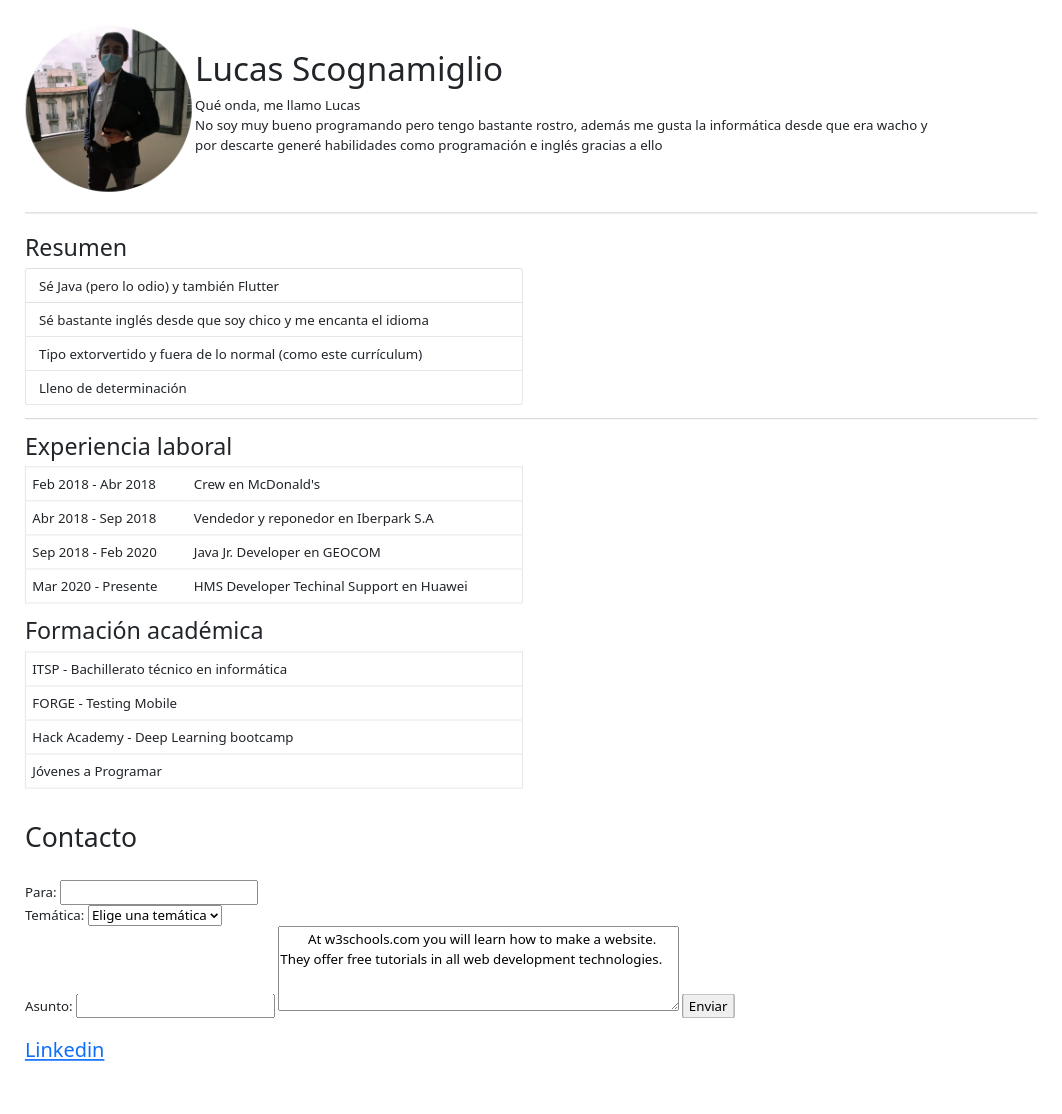
Repository: ScoggoDev/DesarrolloWeb
Page: tarea en equipo 1/cv.html
An editor plug-in stored every save of this project. The page is shown before and after the next save, followed by the edit.
The browser window is 1280 px wide. The pictures show the whole page, at 83% of full size.

Above is the page before, as saved 2021-07-12 10:06:39.

### tarea en equipo 1/cv.html
<!DOCTYPE html>
<html>
  <head>
    <meta charset="utf-8">
    <title>CV de Lucas</title>
    <link href="https://cdn.jsdelivr.net/npm/bootstrap@5.0.2/dist/css/bootstrap.min.css" rel="stylesheet" integrity="sha384-EVSTQN3/azprG1Anm3QDgpJLIm9Nao0Yz1ztcQTwFspd3yD65VohhpuuCOmLASjC" crossorigin="anonymous">
    <script src="https://cdn.jsdelivr.net/npm/bootstrap@5.0.2/dist/js/bootstrap.bundle.min.js" integrity="sha384-MrcW6ZMFYlzcLA8Nl+NtUVF0sA7MsXsP1UyJoMp4YLEuNSfAP+JcXn/tWtIaxVXM" crossorigin="anonymous"></script>
  </head>
  <body style="margin: 30px;">
    <table >
      <td><img src="circle-cropped.png" alt="Lucas Scognamiglio" width="200" height="200"></td>
      <td>           </td>
      <td>    <h1>Lucas Scognamiglio</h1>
          <p>Qué onda, me llamo Lucas<br> No soy muy bueno programando pero tengo bastante rostro, además me gusta la informática desde que era wacho y <br>por descarte generé habilidades como programación e inglés gracias a ello <br> </p></td>
    </table>

    <hr class="my-4">
    <h3>Resumen</h3>
    <div style="width: 600px; ">
        <ul class="list-group">
            <li class="list-group-item">Sé Java (pero lo odio) y también Flutter</li>
            <li class="list-group-item">Sé bastante inglés desde que soy chico y me encanta el idioma</li>
            <li class="list-group-item">Tipo extorvertido y fuera de lo normal (como este currículum)</li>
            <li class="list-group-item">Lleno de determinación</li>
          </ul>
    </div>

    <hr>
    <h3>Experiencia laboral</h3>
    <table border="1" class="table" style="width: 600px;">
      <tr>
        <td>Feb 2018 - Abr 2018</td>
        <td>Crew en McDonald's</td>
      </tr>
      <tr>
        <td>Abr 2018 - Sep 2018</td>
        <td>Vendedor y reponedor en Iberpark S.A</td>
      </tr>
      <tr>
        <td>Sep 2018 - Feb 2020</td>
        <td>Java Jr. Developer en GEOCOM</td>
      </tr>
      <tr>
        <td>Mar 2020 - Presente</td>
        <td>HMS Developer Techinal Support en Huawei</td>
      </tr>
    </table>

    <h3>Formación académica</h3>
    <table border="1" class="table" style="width: 600px;">
      <tr>
        <td>ITSP - Bachillerato técnico en informática</td>
      </tr>
      <tr>
        <td>FORGE - Testing Mobile</td>
      </tr>
      <tr>
        <td>Hack Academy - Deep Learning bootcamp</td>
      </tr>
      <tr>
        <td>Jóvenes a Programar</td>
      </tr>
    </table>
    <br>
    <h2>Contacto</h2>
    <br>
    <form action="/action_page.php">
      <label for="fname">Para:</label>
      <input type="text" id="fname" name="fname"><br>

      <label for="food">Temática: </label>
      <select name="select" >
          <option value="" selected disabled hidden>Elige una temática</option>
          <option>Consulta</option>
          <option>Propuesta</option>
          <option>Reporte</option>
          <option>Otro</option>

      </select> <br>
      <label for="lname">Asunto:</label>
      <input type="text" id="lname" name="lname">
      <textarea id="w3review" name="w3review" rows="4" cols="50">
        At w3schools.com you will learn how to make a website. They offer free tutorials in all web development technologies.
        </textarea>
      <input type="submit" value="Enviar">
    </form>
    <br>
    <h4><a href="linkedin.com/in/lucas-scognamiglio-71b154162/">Linkedin</a></h4>
    <br>
  </body>
</html>

After the next save:
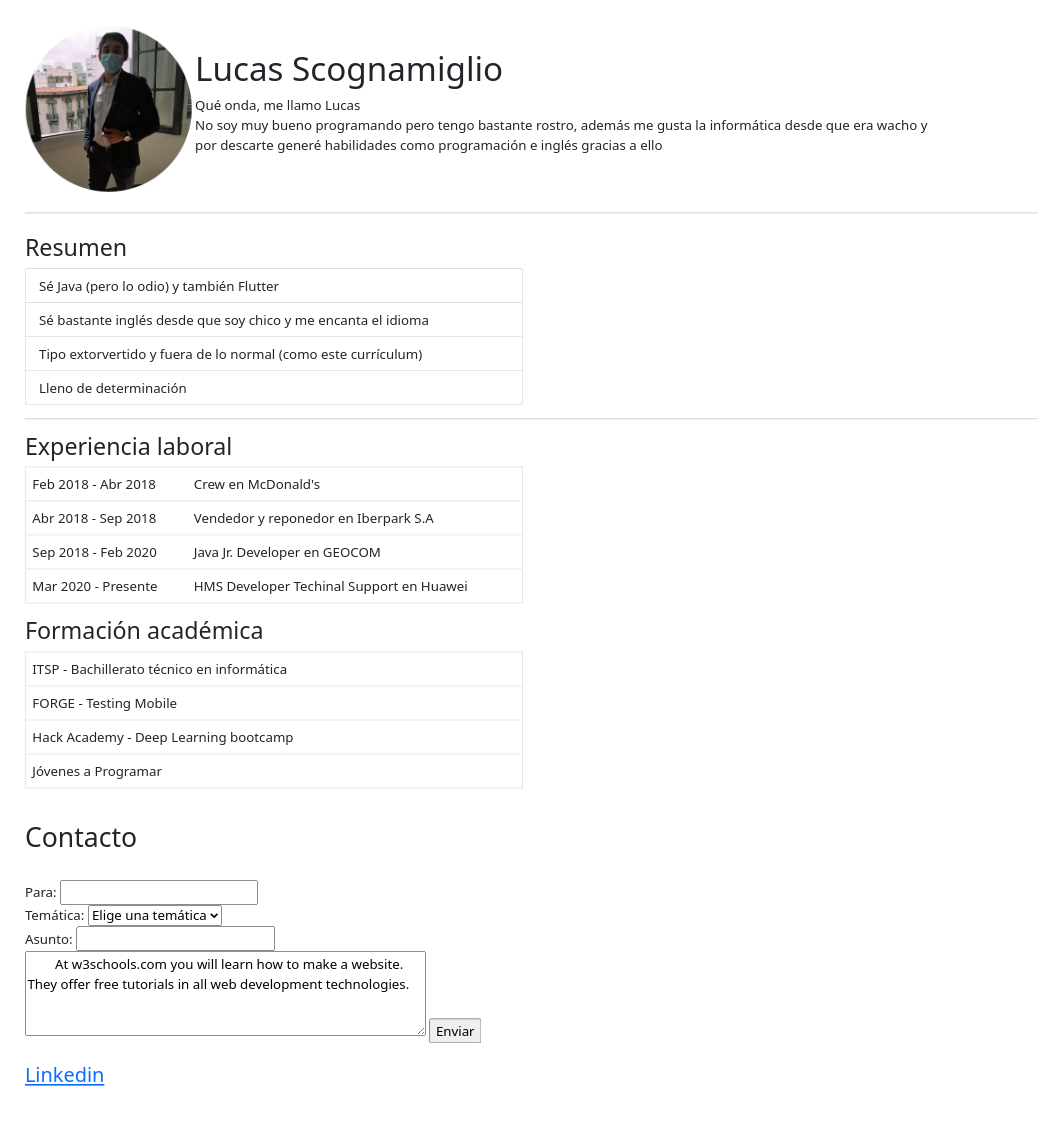
Saved 10 s later.
--- a/tarea en equipo 1/cv.html
+++ b/tarea en equipo 1/cv.html
@@ -78,7 +78,7 @@
 
       </select> <br>
       <label for="lname">Asunto:</label>
-      <input type="text" id="lname" name="lname">
+      <input type="text" id="lname" name="lname"><br>
       <textarea id="w3review" name="w3review" rows="4" cols="50">
         At w3schools.com you will learn how to make a website. They offer free tutorials in all web development technologies.
         </textarea>
